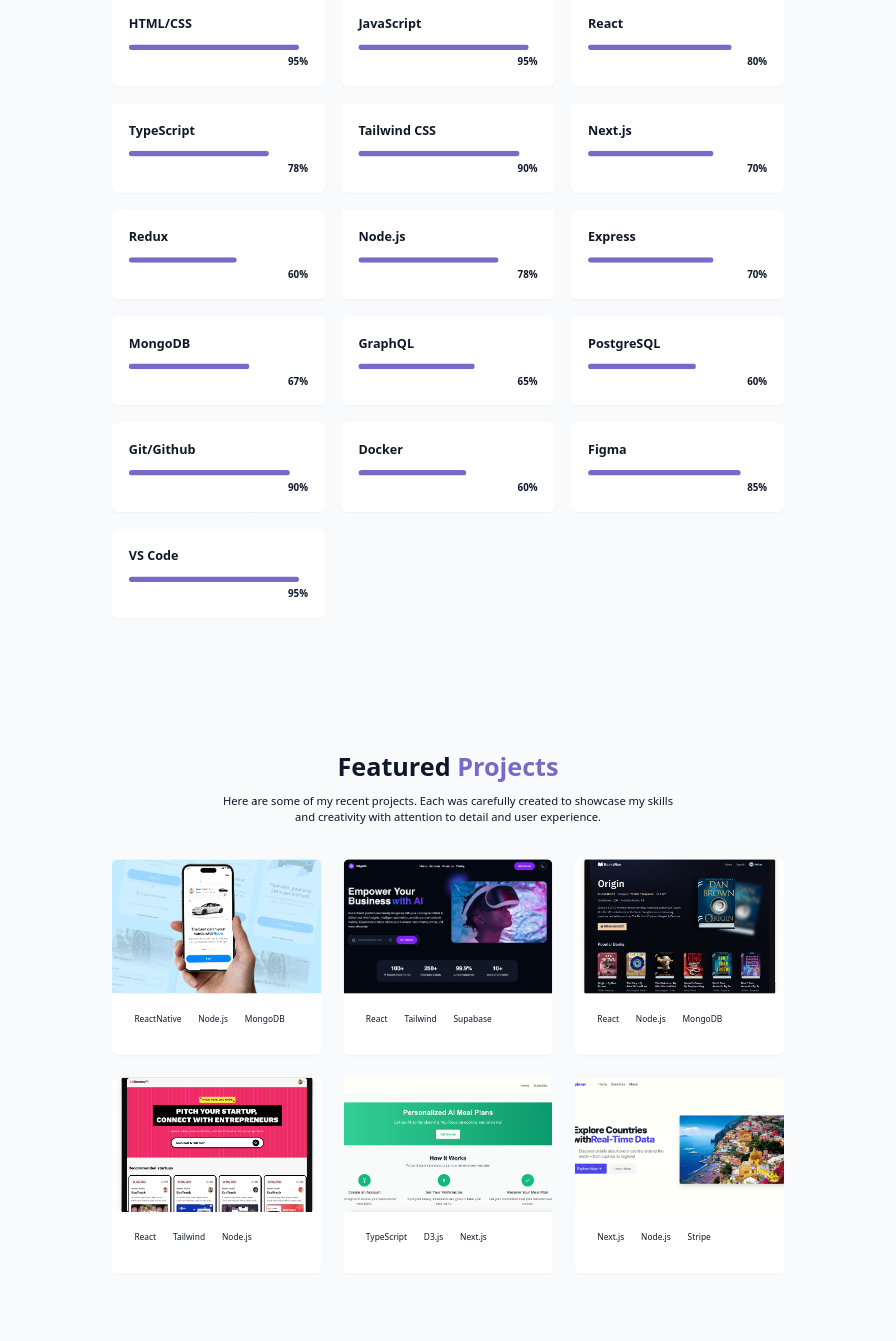
Repository: mOzariffard/Portfolio
Page: /
These files come from the project's save history. The page is drawn as it stood at one moment and after the next save; the edit follows.
The browser window is 1280 px wide. The pictures show the part of the page from y = 1828 to 3748 px (the page is 3744 px tall before and 3748 px after), at 70% of full size.
The project was rebuilt for these pictures with package versions that can differ from the ones it lists, and the page was loaded fresh each time. Also part of the build but not shown: vite.config.js, src/pages/NotFound.jsx.

Above is the page before, as saved 2025-06-29 20:57:12.

After the next save:
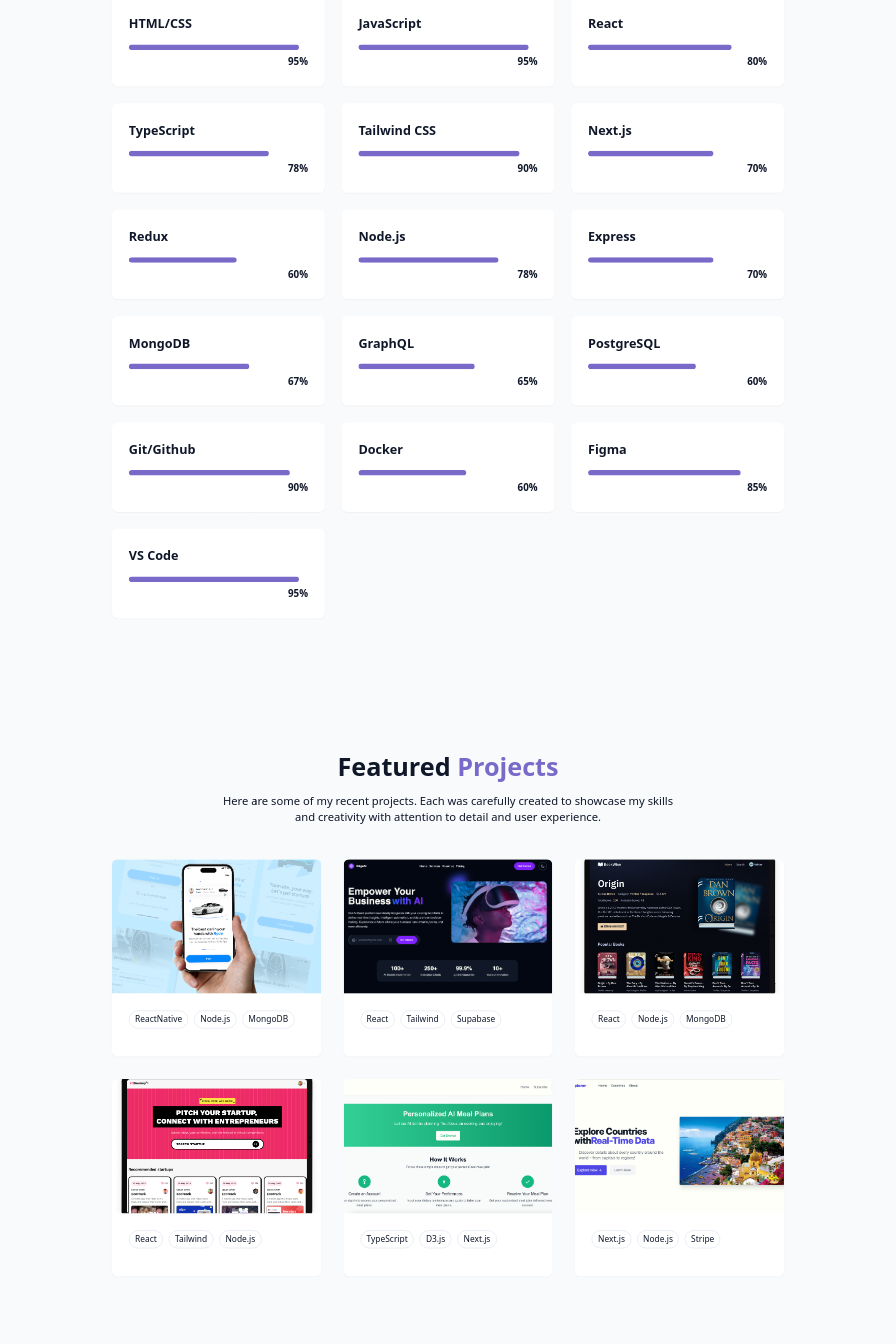
Saved 48 s later.
--- a/src/components/ProjectSection.jsx
+++ b/src/components/ProjectSection.jsx
@@ -125,7 +125,7 @@
                             <div className='p-6 '>
                                 <div className='flex flex-wrap gap-2 mb-4'>
                                     {project.tag.map((tag)=>(
-                                        <span className='px-2 py-1 text-xs font-medium rounded-full bg-secondary text-secondary-foreground'>
+                                        <span className='px-2 py-1 text-xs border font-medium rounded-full bg-secondary text-secondary-foreground'>
                                             {tag}
                                         </span>
                                     ))}

After the 5 saves that followed:
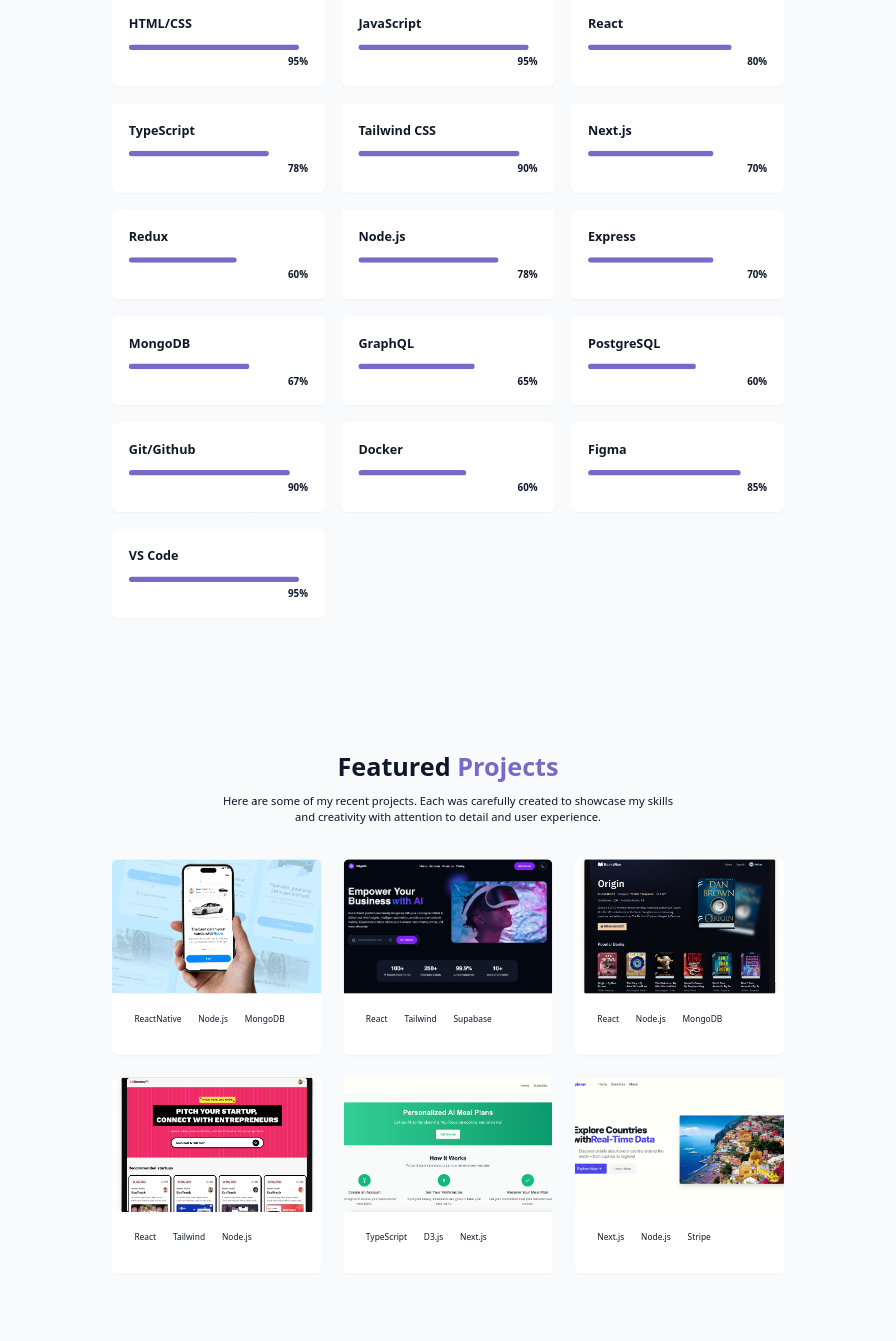
The 5 saves are shown as one change because 2 left the picture as it was and some came seconds apart.
The last was saved 72 s later.
--- a/src/components/ProjectSection.jsx
+++ b/src/components/ProjectSection.jsx
@@ -125,7 +125,7 @@
                             <div className='p-6 '>
                                 <div className='flex flex-wrap gap-2 mb-4'>
                                     {project.tag.map((tag)=>(
-                                        <span className='px-2 py-1 text-xs border font-medium rounded-full bg-secondary text-secondary-foreground'>
+                                        <span className='px-2 py-1 text-xs border-primary hover:bg-primary/20 font-medium rounded-full bg-secondary text-secondary-foreground'>
                                             {tag}
                                         </span>
                                     ))}
